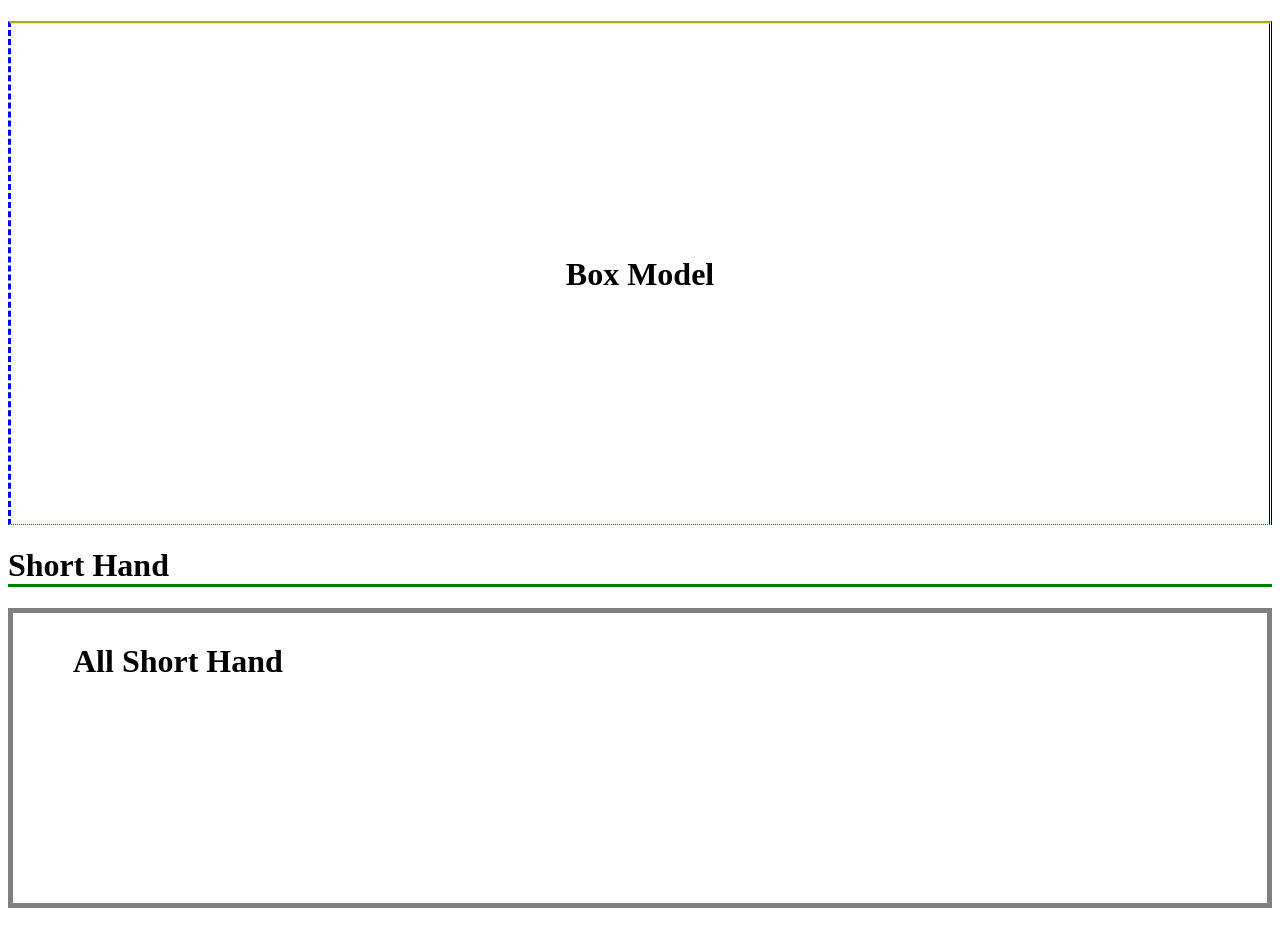
Repository: lbj0314/webTest
Page: Css_1/WebContent/css_7.html
An editor plug-in stored every save of this project. The page is shown before and after the next save, followed by the edit.
The browser window is 1280 px wide. The pictures show the whole page.

Above is the page before, as saved 2019-10-16 06:07:57.

### Css_1/WebContent/css_7.html
<!DOCTYPE html>
<html>
<head>
<meta charset="UTF-8">
<title>Insert title here</title>
<style type="text/css">
	#b1{
	height: 500px;
	border: 1px solid red;
	text-align: center;
	line-height: 500px;
	border-bottom-color: red;
	border-bottom-width: 1px;
	border-bottom-style: dotted;
	border-left-color: blue;
	border-left-width: 3px;
	border-left-style: dashed;
	border-right-color: black;
	border-right-width: 3px;
	border-right-style: double;
	border-top-color: yellow;
	border-top-width: 3px;
	border-top-style: groove;
	}
	#b2{
		border-bottom: 3px green solid;

	}
	#b3{
		border: 5px gray solid;
		padding : 30px 60px 90px ;
		height: 300px;
		box-sizing: border-box;
	}
</style>
</head>
<body>
	<h1 id="b1">Box Model</h1>
	<h1 id="b2">Short Hand</h1>
	<h1 id="b3">All Short Hand</h1>
</body>
</html>

After the next save:
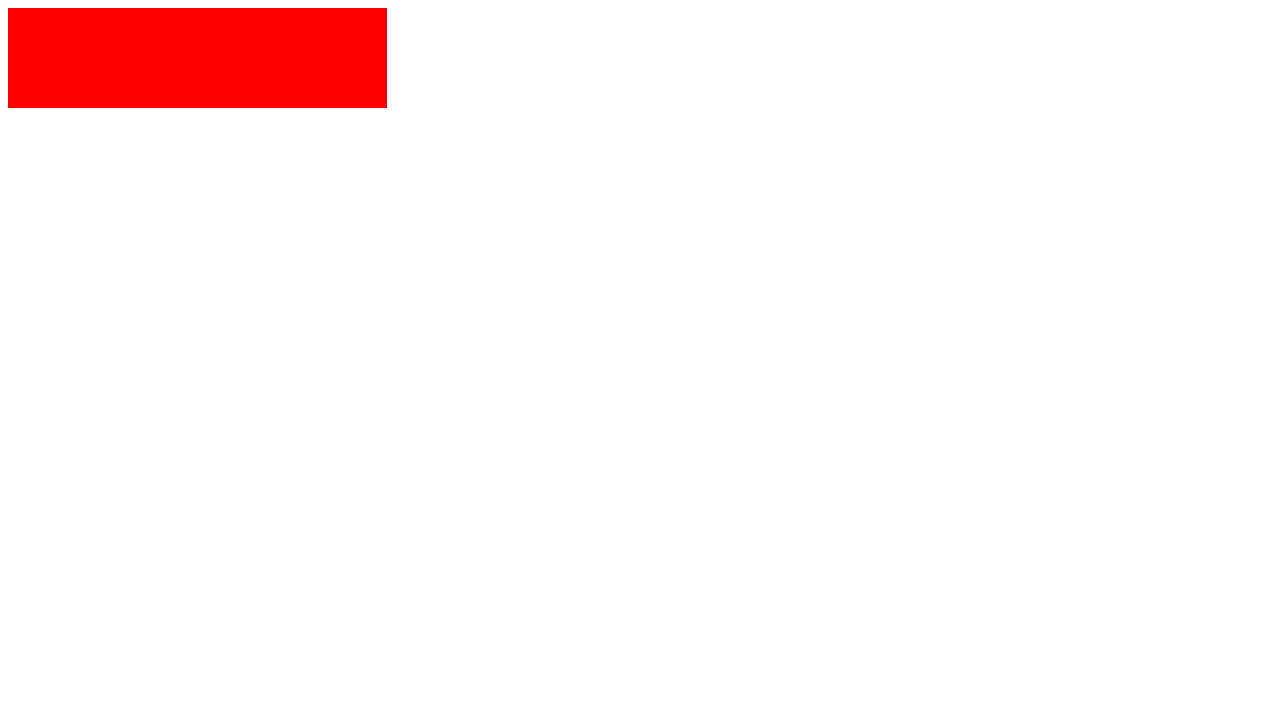
Saved 75 s later.
--- a/Css_1/WebContent/css_7.html
+++ b/Css_1/WebContent/css_7.html
@@ -4,39 +4,14 @@
 <meta charset="UTF-8">
 <title>Insert title here</title>
 <style type="text/css">
-	#b1{
-	height: 500px;
-	border: 1px solid red;
-	text-align: center;
-	line-height: 500px;
-	border-bottom-color: red;
-	border-bottom-width: 1px;
-	border-bottom-style: dotted;
-	border-left-color: blue;
-	border-left-width: 3px;
-	border-left-style: dashed;
-	border-right-color: black;
-	border-right-width: 3px;
-	border-right-style: double;
-	border-top-color: yellow;
-	border-top-width: 3px;
-	border-top-style: groove;
-	}
-	#b2{
-		border-bottom: 3px green solid;
-
-	}
-	#b3{
-		border: 5px gray solid;
-		padding : 30px 60px 90px ;
-		height: 300px;
-		box-sizing: border-box;
+	.d1{
+	width: 30%;
+	height: 100px;
+	background-color: red;
 	}
 </style>
 </head>
 <body>
-	<h1 id="b1">Box Model</h1>
-	<h1 id="b2">Short Hand</h1>
-	<h1 id="b3">All Short Hand</h1>
+	<div class="d1"></div>
 </body>
 </html>
